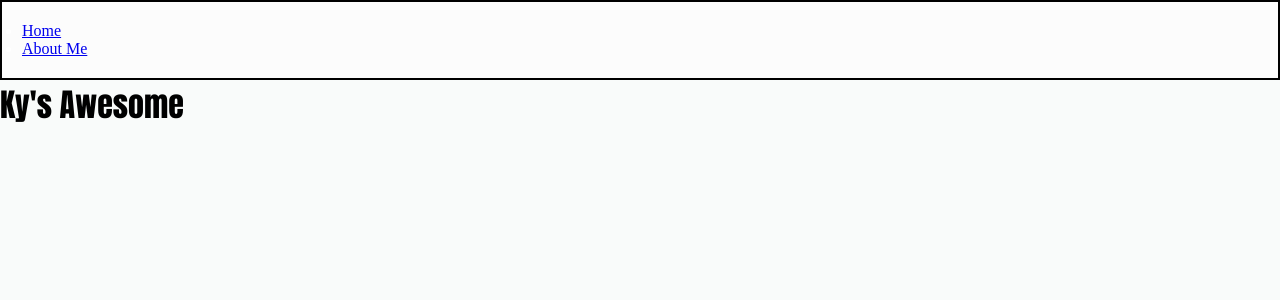
Repository: monicaifijeh/test2
Page: kyportfolio/src/index.html
An editor plug-in stored every save of this project. The page is shown before and after a run of saves, followed by the edit.
The browser window is 1280 px wide. The pictures show the whole page.

Above is the page before, as saved 2024-12-18 20:34:57.

After the next 4 saves:
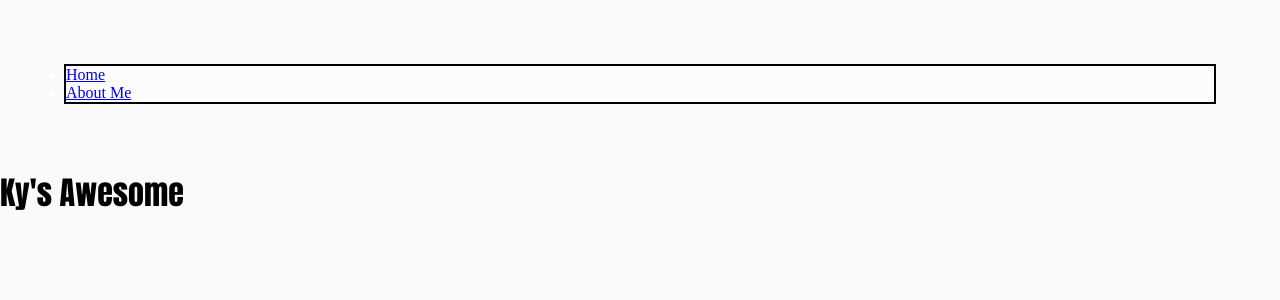
The 4 saves are shown as one change because they came seconds apart.
The last was saved 13 s later.
--- a/kyportfolio/src/mystyleOne.css
+++ b/kyportfolio/src/mystyleOne.css
@@ -21,6 +21,6 @@ nav{
     background-color: rgb(252, 252, 252);
   color: white;
   border: 2px solid black;
-  margin: 0px;
-  padding: 20px;
+  margin: 5%;
+  padding: px;
 }
